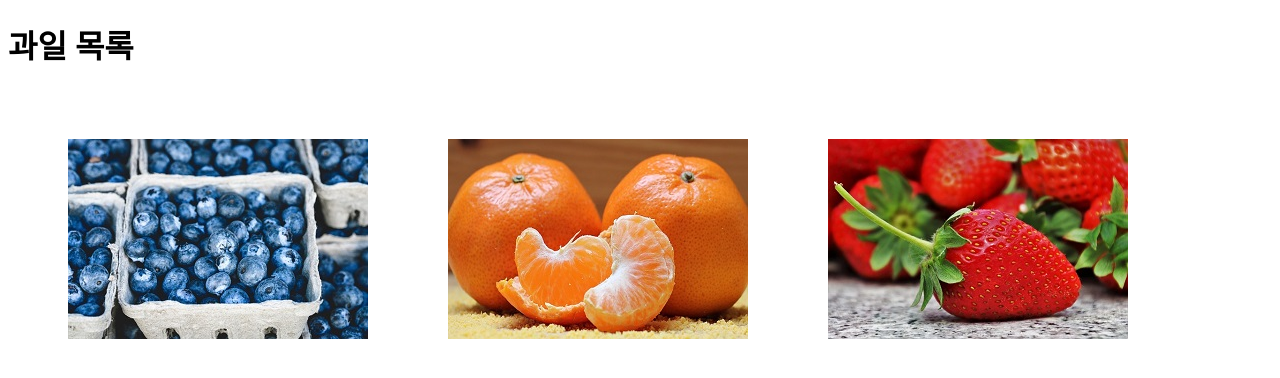
Repository: woosungtae/html_css
Page: pro01/public/a11.html
These files come from the project's save history. The page is drawn as it stood at one moment and after the next save; the edit follows.
The browser window is 1280 px wide. The pictures show the whole page.

Above is the page before, as saved 2022-12-12 05:29:08.

### pro01/public/a11.html
<!DOCTYPE html>
<html lang="ko">
<head>
  <meta name="viewport" content="width=device-width, initial-scale=1.0">
<meta charset="utf-8">
<title>상품 목록</title>
   <style>
      .prod-list{
          list-style: none;
          margin: 10px;
          padding: 10px;
      }
      .prod-list li{
          position: relative;
          float: left;
          margin: 10px;
          padding: 10px;
          overflow: hidden;
      }
      .prod-list img{
          margin:10px;
          padding:10px;
          float: left;
          z-index: 5;
      }
      .prod-list .caption{
          position: absolute;
          top: 200px;
          width: 300px;
          height: 200px;
          padding-top: 20px;
          background: rgba(0,0,0,0.6);
          opacity: 0;
          transition: all 0.2s ease-in-out;
          z-index: 10;
      }
      .prod-list li:hover .caption{
          opacity: 1;
          transform: translateY(-200px);
      }
      .prod-list .caption h1, .prod-list p{
          color: white;
          text-align: center;
      }
   </style>
</head>
<body>
<h1>과일 목록</h1>
<div id="container">
  <ul class="prod-list">
   <li>
      <img src="images/prod1.jpg">
      <div class="caption">
       <h1>상품 1</h1>
       <p>상품 1 설명 텍스트</p>
       <p>가격 : 12,345원</p>
      </div>
      </li>
         <li>
      <img src="images/prod2.jpg">
      <div class="caption">
       <h1>상품 2</h1>
       <p>상품 2 설명 텍스트</p>
       <p>가격 : 12,345원</p>
      </div>
      </li>
         <li>
      <img src="images/prod3.jpg">
      <div class="caption">
       <h1>상품 3</h1>
       <p>상품 3 설명 텍스트</p>
       <p>가격 : 12,345원</p>
      </div>
      </li>
  </ul>
</div>

</body>
</html>

After the next save:
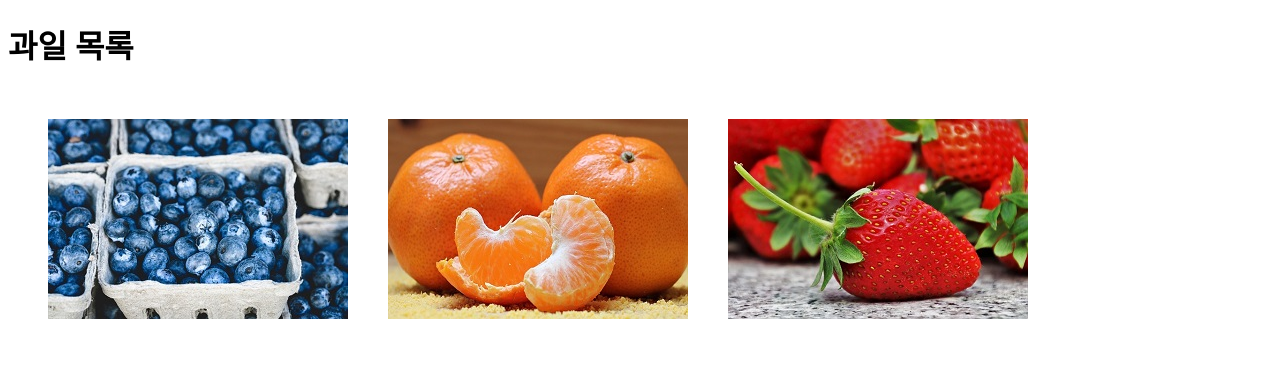
Saved 7 s later.
--- a/pro01/public/a11.html
+++ b/pro01/public/a11.html
@@ -18,8 +18,7 @@
           overflow: hidden;
       }
       .prod-list img{
-          margin:10px;
-          padding:10px;
+
           float: left;
           z-index: 5;
       }
